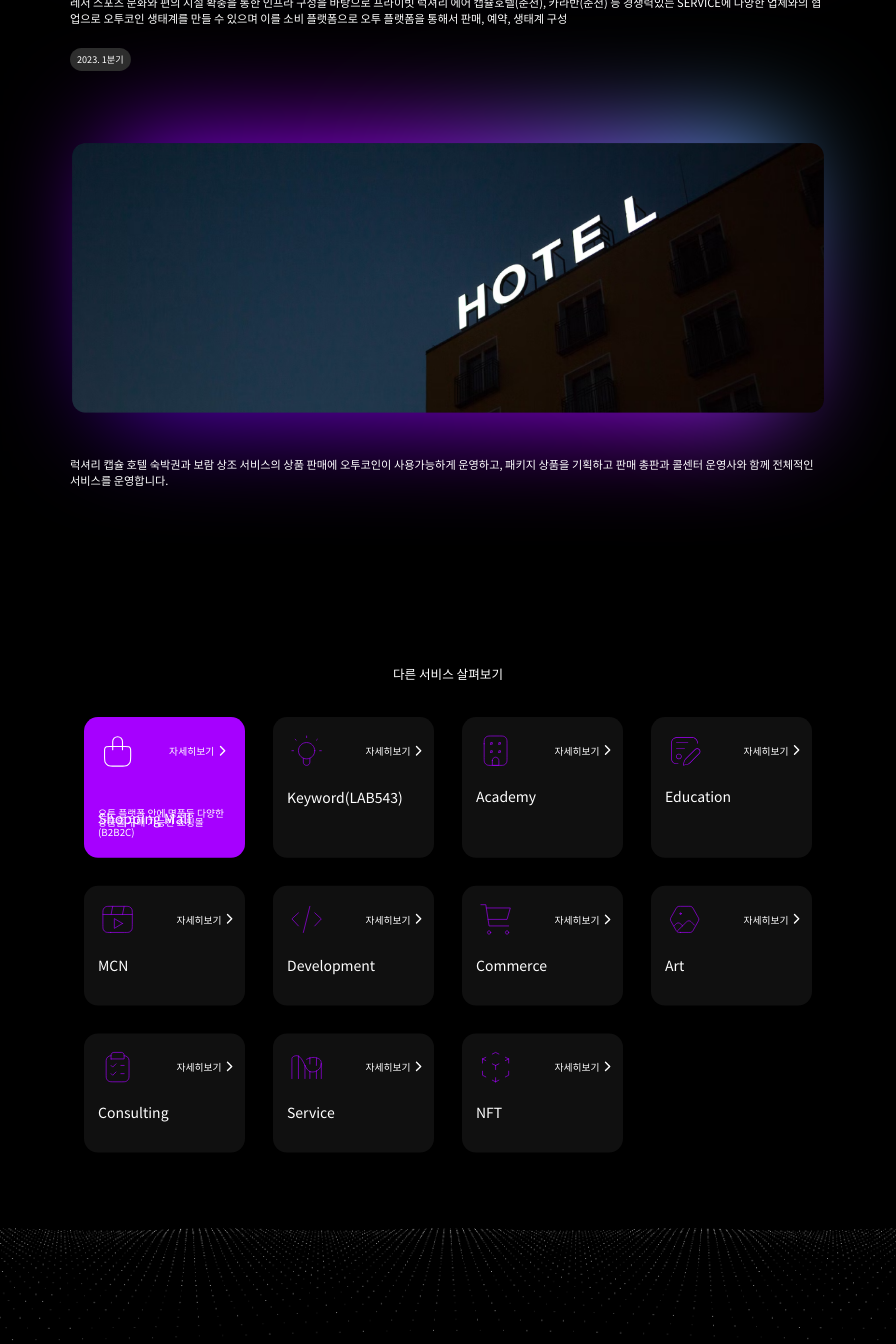
Repository: songhun115/Otwo
Page: sub-page/sub-service.html
The author's editor kept a copy of each file at every save. The page is drawn from the files as they stood at one save, then again after the next save.
The browser window is 1280 px wide. The pictures show the part of the page from y = 1039 to 2959 px (the page is 2959 px tall before and 2929 px after), at 70% of full size.
The pointer rests on the first visible `.platform-item`.

Above is the page before, as saved 2022-11-23 10:15:33.
Not found: js/three.js

After the next save:
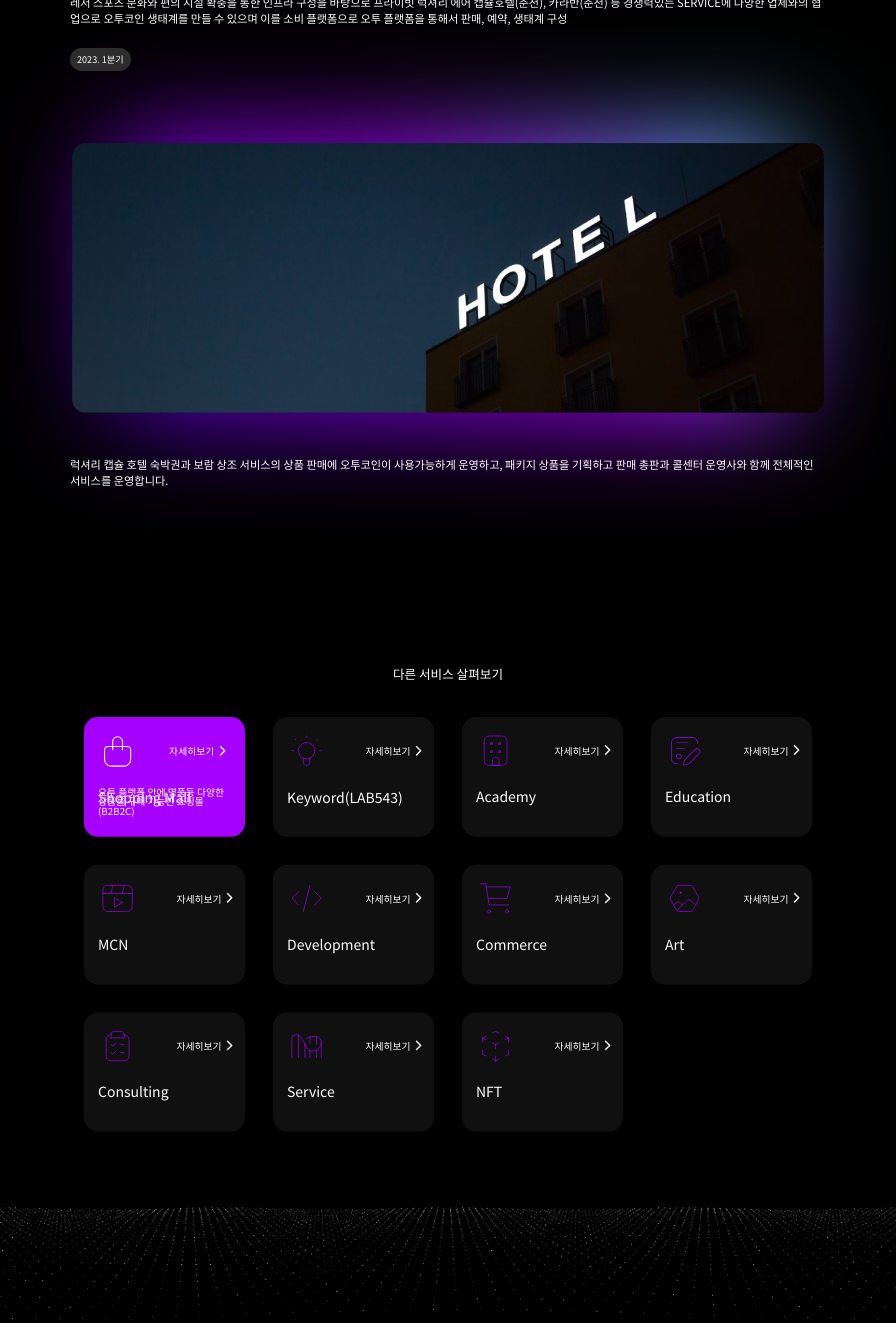
Saved 22 s later.
--- a/css/content.css
+++ b/css/content.css
@@ -127,7 +127,6 @@ body.over{overflow: hidden;}
   .platform-item{position: relative; overflow: hidden; }
   .platform-item:hover .platform-hide-con{bottom: 10px;}
 
-  .platform-item:hover .platform-img{padding-bottom: 30px;}
 
   .platform-hide-con{position: absolute; bottom: -50%; left: 0; transition: 0.3s; padding:20px ;}
 
